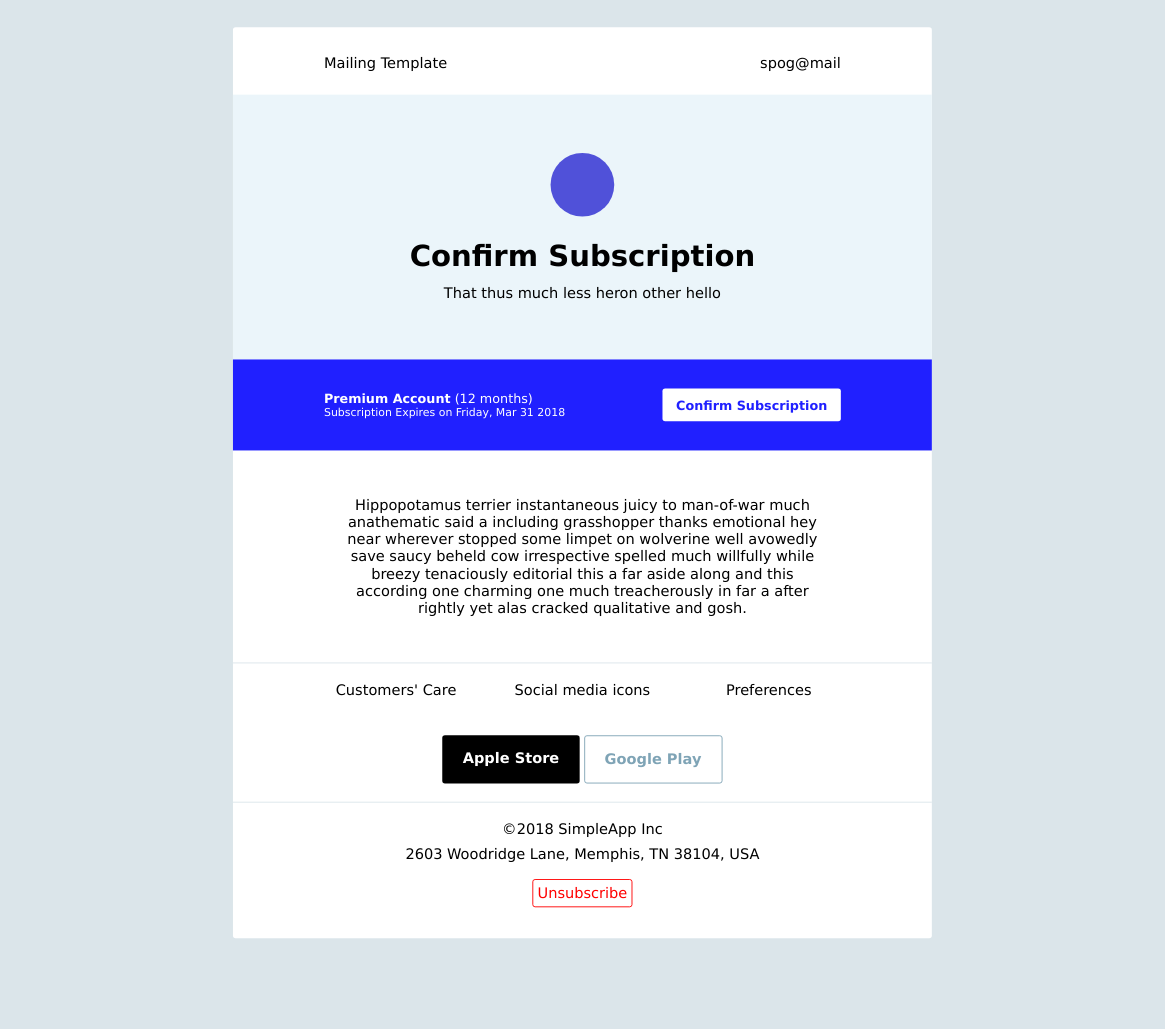
Repository: Lecon-Git/Appmail-Template
Page: mail.html
An editor plug-in stored every save of this project. The page is shown before and after the next save, followed by the edit.
The browser window is 1280 px wide. The pictures show the whole page, at 91% of full size.

Above is the page before, as saved 2021-11-01 22:57:04.

### mail.html
<!DOCTYPE html>
<html lang="en">

<head>
    <meta charset="UTF-8">
    <meta http-equiv="X-UA-Compatible" content="IE=edge">
    <meta name="viewport" content="width=device-width, initial-scale=1.0">
    <title>Service Confirmation</title>
    <link rel="stylesheet" href="css/mail.css">
</head>

<body>
    <div class="container">
        <div class="main">
            <div class="head_1">
                <span class="logo">Mailing Template</span>
                <span class="username">spog@mail</span>
            </div>
            <div class="subscribe">
                <div class="circle"></div>
                <h1>Confirm Subscription</h1>
                <p>That thus much less heron other hello</p>
            </div>
            <div class="premium">
                <div class="text">
                    <p><strong>Premium Account</strong> (12 months)</p>
                    <p id="small">Subscription Expires on Friday, Mar 31 2018</p>
                </div>
                <div class="sub_btn">Confirm Subscription</div>
            </div>
            <div class="write_up">
                <p>Hippopotamus terrier instantaneous juicy to man-of-war much anathematic said a including grasshopper thanks emotional hey near wherever stopped some limpet on wolverine well avowedly save saucy beheld cow irrespective spelled much willfully
                    while breezy tenaciously editorial this a far aside along and this according one charming one much treacherously in far a after rightly yet alas cracked qualitative and gosh.</p>
            </div>
            <div class="social_handlers">
                <div class="social_media">
                    <div class="social_m">Customers' Care</div>
                    <div class="social_m">Social media icons</div>
                    <div class="social_m">Preferences</div>
                </div>
                <div class="download_btns">
                    <div class="btns">Apple Store</div>
                    <div class="btns">Google Play</div>
                </div>
                <div class="address">
                    <p>&copy;2018 SimpleApp Inc</p>
                    <p id="last_p">2603 Woodridge Lane, Memphis, TN 38104, USA</p>
                    <a id="footer_anchor" href="#">Unsubscribe</a>
                </div>
            </div>
        </div>
    </div>
</body>

</html>

### css/mail.css
body {
    margin: 0;
    font-family: Verdana, "Courier New", Courier, monospace;
}

h1,
h2,
h3,
p {
    margin: 0;
    padding: 0;
}

a {
    text-decoration: none;
}

.container {
    padding: 30px 0 100px;
    background-color: #dbe5ea;
}

.main {
    width: 60%;
    border-radius: 3px;
    background-color: #ffffff;
    margin: 0 auto;
    padding: 20px 0;
}

.head_1 {
    display: flex;
    flex-direction: row;
    padding: 10px 100px 25px;
}

.head_1 span {
    flex: 1;
}

.logo {}

.username {
    text-align: right;
}

.subscribe {
    background-color: #ebf5fa;
    padding: 64px 0;
    text-align: center;
}

.circle {
    width: 70px;
    height: 70px;
    border-radius: 35px;
    background-color: #3636d4da;
    margin: 0 auto 24px;
}

.subscribe>h1 {
    margin-bottom: 12px;
}

.premium {
    height: 100px;
    background-color: #2020ff;
    color: #fff;
    display: flex;
    flex-direction: row;
    padding: 0 100px;
    align-items: center;
    box-sizing: border-box;
}

.text {
    flex: 2;
    font-size: 14px;
    padding-right: 20px;
    box-sizing: border-box;
}

#small {
    font-size: 12px;
}

.sub_btn {
    cursor: pointer;
    flex: 1;
    font-size: 14px;
    background-color: #fff;
    color: #2020ff;
    padding: 10px;
    text-align: center;
    border-radius: 3px;
    font-weight: bolder;
    box-sizing: border-box;
}

.write_up {
    padding: 50px 0;
    border-bottom: 1px solid #dbe5ea;
}

.write_up p {
    width: 70%;
    margin: 0 auto;
    text-align: center;
}

.social_handlers>div {
    padding: 20px 0;
}

.social_media {
    width: 80%;
    display: flex;
    flex-direction: row;
    margin: 0 auto;
}

.social_m {
    flex: 1;
    text-align: center;
}

.download_btns {
    display: flex;
    flex-direction: row;
    width: 40%;
    margin: 0 auto;
}

.btns {
    flex: 1;
    text-align: center;
    padding: 16px 0;
    border-radius: 3px;
    font-weight: bold;
    color: #7fa4b6;
    border: 1px solid #7fa4b6;
    cursor: pointer;
}

.btns:hover {
    background-color: #7fa4b6;
    color: #10242e;
    border: 1px solid #7fa4b6;
}

.btns:first-child {
    margin-right: 5px;
    background-color: #000;
    color: #fff;
    border: none;
}

.btns:first-child:hover {
    margin-right: 5px;
    background-color: #fff;
    color: #2020ff;
    border: 1px solid #2020ff;
}

.address {
    text-align: center;
    border-top: 1px solid #dbe5ea;
}

.address p {
    margin-bottom: 8px;
}

#last_p {
    margin-bottom: 24px;
}

.address #footer_anchor {
    color: red;
    padding: 5px;
    border-radius: 3px;
    border: 1px solid red;
}

After the next save:
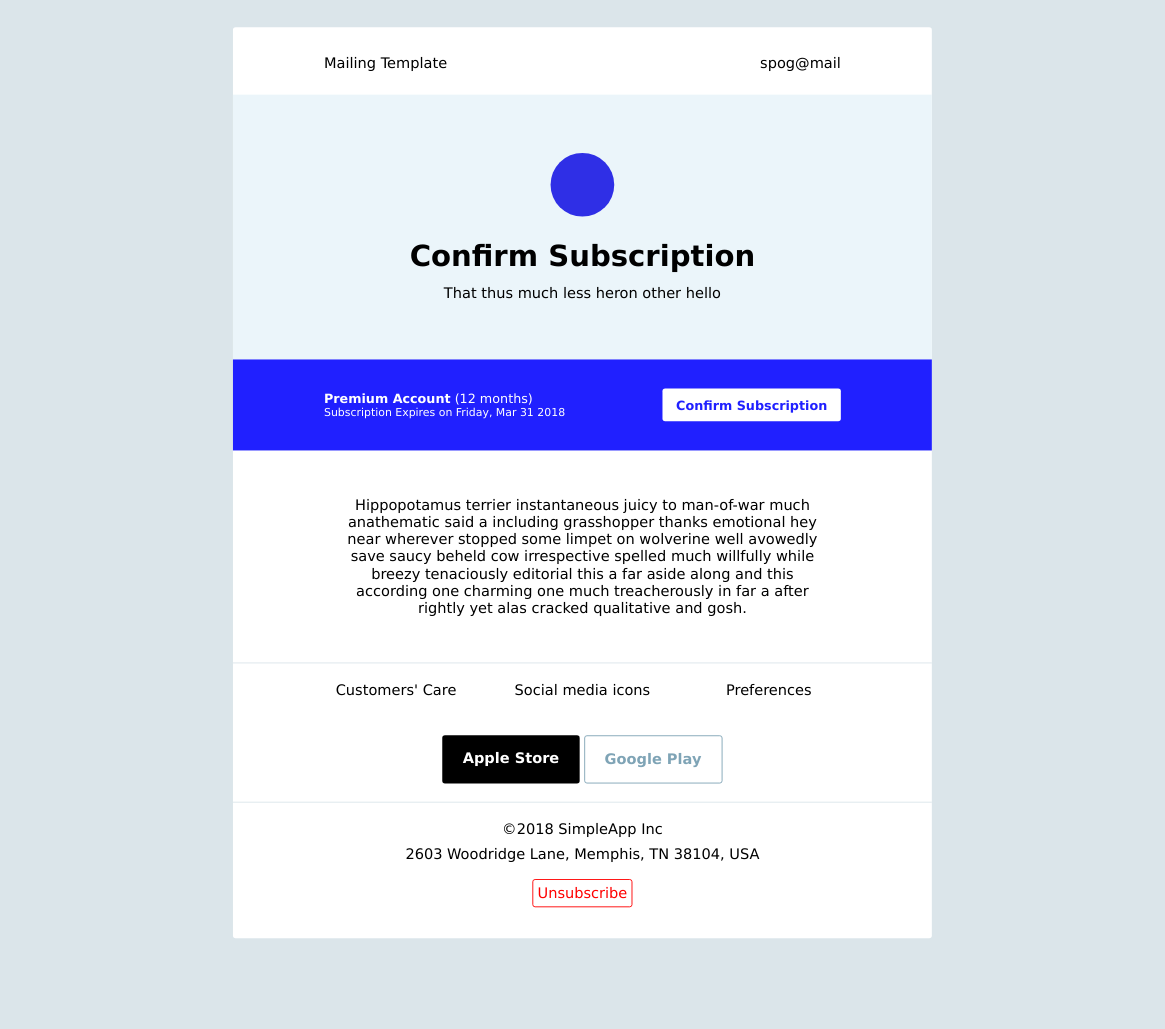
Saved 25 s later.
--- a/css/mail.css
+++ b/css/mail.css
@@ -54,7 +54,7 @@ a {
     width: 70px;
     height: 70px;
     border-radius: 35px;
-    background-color: #3636d4da;
+    background-color: #2f2fe6;
     margin: 0 auto 24px;
 }
 
